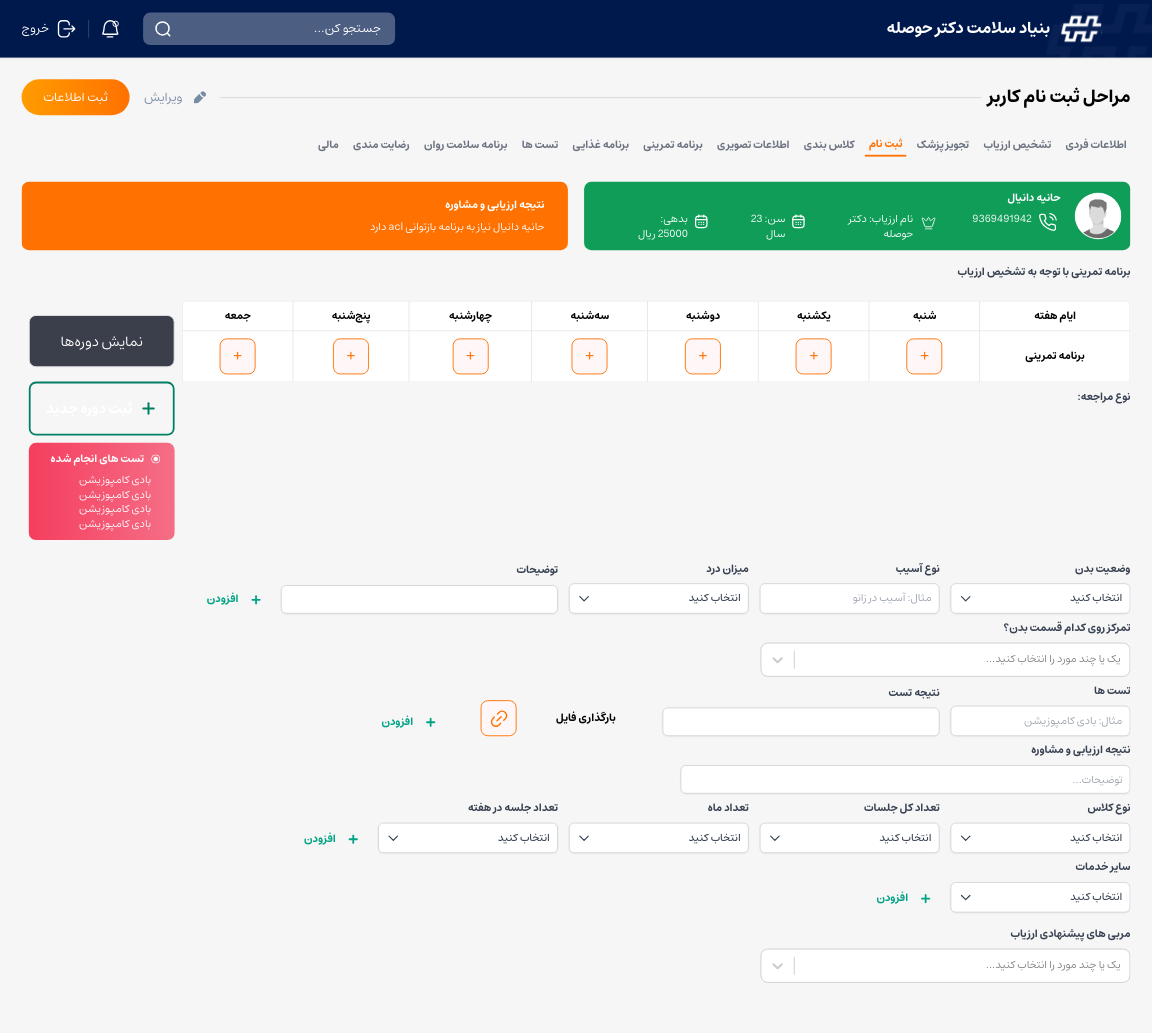
Repository: mirnajafi/ERP_hoseleh_V1.0
Page: /register, after clicking the first element matching `div.flex > :nth-child(4)`
The author's editor kept a copy of each file at every save. The page is drawn from the files as they stood at one save, then again after a run of saves.
The browser window is 1280 px wide. The pictures show the whole page, at 90% of full size.
Some web fonts or font styles are not loaded; a fallback is used. The project was rebuilt for these pictures with package versions that can differ from the ones it lists, and the page was loaded fresh each time. The framework's server and built-in components were replaced by stand-ins that run in the browser. Also part of the build but not shown: next.config.mjs, src/components/icons/trash.tsx, src/components/weekTable/weekTable.css, src/components/icons/copy.tsx, src/components/recognitionEvaluator/recognitionEvaluator.tsx.

Above is the page before, as saved 2025-02-28 23:40:02.

### src/app/layout.tsx
/* eslint-disable @next/next/no-img-element */
import type { Metadata } from "next";
import Header from "@/components/layout/Header";
import "@/app/globals.css";


export const metadata: Metadata = {
  title: "دکتر حوصله",
  description: "بنیاد سلامت دکتر حوصله",
};

export default function RootLayout({ children }: { children: React.ReactNode }) {
  return (
    <html lang="fa" dir="rtl">
      <body className="bg-dashboard-bg min-h-screen">
        {/* Header includes SidebarToggle, so no need to add Sidebar separately */}
        <Header />
        {/* Main Content Area */}
        <main className="transition-all duration-300 mt-16 p-6">
          {children}
        </main>

      </body>
    </html>
  );
}

### src/app/globals.css
@tailwind base;
@tailwind components;
@tailwind utilities;

@font-face {
  font-family: 'Estedad';
  src: url('/fonts/Estedad-Regular.woff2') format('woff2');
  font-weight: normal;
  font-style: normal;
  font-display: swap;
}

@font-face {
  font-family: 'Estedad';
  src: url('/fonts/Estedad-Bold.woff2') format('woff2');
  font-weight: bold;
  font-style: normal;
  font-display: swap;
}

@font-face {
  font-family: 'Estedad';
  src: url('/fonts/Estedad-Medium.woff2') format('woff2');
  font-weight: 500;
  font-style: normal;
  font-display: swap;
}

@font-face {
  font-family: 'Estedad';
  src: url('/fonts/Light.woff2') format('woff2');
  font-weight: 400;
  font-style: normal;
  font-display: swap;
}

@layer base {
  html {
    font-family: 'Estedad'
  }
}

### src/components/formTab/formTab.tsx
import { useState } from "react";

interface Tab {
  label: string;
  content: React.ReactNode;
}

interface TabsProps {
  tabs: Tab[];
  defaultIndex?: number;
}

const Tabs: React.FC<TabsProps> = ({ tabs, defaultIndex = 0 }) => {
  const [activeIndex, setActiveIndex] = useState(defaultIndex);

  return (
    <div className="w-full overflow-hidden">
      <div className="flex py-3 overflow-x-auto whitespace-nowrap">
        {tabs.map((tab, index) => (
          <button
            key={index}
            className={`ml-2 p-1 text-nowrap text-xs font-bold text-sm focus:outline-none ${activeIndex === index
                ? "border-b-2 border-[#FF7101] text-[#FF7101]"
                : "text-gray-500 hover:text-[#FF7101]"
              }`}
            onClick={() => setActiveIndex(index)}
          >
            {tab.label}
          </button>
        ))}
      </div>

      <div className="py-4">{tabs[activeIndex].content}</div>
    </div>
  );
};

export default Tabs;

### src/components/registration/registration.tsx
import Select from "react-select/base";
import TrashIcon from "../icons/trash";
import WeekTable from "../weekTable/weekTable";
import TransparentBtn from "../transparentBtn/transparentBtn";
import Dropdown from "../dropdown/dropdown";
import InputDescription from "../inputDescription/inputDescription";
import FileUploader from "../fileUploader/fileUploader";
import Input from "../input/input";
import InformationUserBox from "../informationUserBox/informationUserBox";
import { useState } from "react";
import CopyIcon from "../icons/copy";
import ResultBox from "../resultBox/resultBox";
import PlusIcon from "../icons/plus";
import LeftSideBox from "../leftSideBox/leftSideBox";

const Registration = () => {

    const [selectedOptions, setSelectedOptions] = useState([]);


    const handleSelect = (option: string) => {
        console.log("انتخاب شده:", option);
    };
    const handleFileUpload = (files: File[]) => {
        console.log("فایل‌های آپلود شده:", files);
    };


    const [selectedDay, setSelectedDay] = useState<string>("");

    const handleDaySelect = (day: string) => {
        setSelectedDay(day);
    };

    return (
        <div>
            <div className="w-full flex flex-row">
                <InformationUserBox name="حانیه دانیال" age="23" phoneNumber={'9369491942'} evaluator="دکتر حوصله" debt="25000" imageSrc="/images/defaultUser.png" className="w-1/2 lg:ml-2" />
                <ResultBox resultText={"حانیه دانیال نیاز به برنامه بازتوانی acl دارد"} className="w-1/2 lg:mr-2" />
            </div>



            <div className="flex flex-row  my-4 items-center">
                <label className="mb-2 text-xs font-bold text-gray-700 ml-2">برنامه تمرینی با توجه به تشخیص ارزیاب</label>

            </div>

            <div className="w-full flex flex-row">

                <div className="w-full flex flex-col">
                    <WeekTable
                        apiUrl="https://api.majidvalizadeh.com/jalali/next7"
                        selectedDay={selectedDay}
                        onDaySelect={handleDaySelect}
                    />
                    <div className="flex flex-row">
                        <label className="my-2 text-xs font-bold text-gray-700">نوع مراجعه:</label>

                    </div>
                </div>

                <div className="w-1/6 p-2 flex flex-col">
                    <button className="bg-[#3B3E4B] text-white p-4 w-full border rounded-[8px] my-2">نمایش دوره‌ها</button>
                    <button className="bg-transparent text-[#007F63] text-white p-4 w-full border-2 border-[#007F63] rounded-[8px] flex items-center justify-center font-bold my-2"><PlusIcon width={20} height={20} /> ثبت دوره جدید</button>
                    <LeftSideBox title={"تست های انجام شده"} test1={"بادی کامپوزیشن"} />
                </div>
            </div>

            <div className="w-full xl:py-2 my-0  flex flex-col xl:flex-row xl:justify-start xl:items-end">

                <Dropdown
                    label="وضعیت بدن"
                    options={["ندارد", "دچار آسیب"]}
                    onSelect={handleSelect}
                />
                <Input
                    label="نوع آسیب"
                    type="text"
                    value={''}
                    onChange={() => { }}
                    placeholder="مثال: آسیب در زانو "
                />
                <Dropdown
                    label="میزان درد"
                    options={["1", "2"]}
                    onSelect={handleSelect}
                />
                <InputDescription
                    label="توضیحات"
                    value={''}
                    placeholder=""
                    className="xl:w-1/4 max-w-[500px]"
                />
                <TransparentBtn label='افزودن' />

            </div>
            <div className="flex flex-col  w-ful xl:w-1/3">
                <label className="mb-2 text-xs font-bold text-gray-700">تمرکز روی کدام قسمت بدن؟</label>
                <Select
                    isMulti
                    options={[
                        { value: "apple", label: "سیب" },
                        { value: "banana", label: "موز" },
                        { value: "orange", label: "پرتقال" },
                        { value: "grape", label: "انگور" },
                        { value: "watermelon", label: "هندوانه" },
                    ]}
                    value={selectedOptions}
                    onChange={setSelectedOptions}
                    placeholder="یک یا چند مورد را انتخاب کنید..."
                    noOptionsMessage={() => "موردی یافت نشد"}
                    isClearable
                    isSearchable
                    className="text-xs "
                    styles={{
                        control: (base) => ({
                            ...base,
                            borderRadius: "8px",
                            borderColor: "#ccc",
                            boxShadow: "none",
                            "&:hover": { borderColor: "#888" },
                        }),
                    }}
                />
            </div>
            <div className="flex flex-col xl:flex-row w-full xl:items-end xl:justify-right ">
                <Input
                    label="تست ها"
                    type="text"
                    value={''}
                    onChange={() => { }}
                    placeholder="مثال: بادی کامپوزیشن "
                />
                <InputDescription
                    label="نتیجه تست"
                    value={''}
                    placeholder=""
                    className="xl:w-1/4 max-w-[500px]"
                />

                <FileUploader onFileUpload={handleFileUpload} accept="image/*" multiple />
                <TransparentBtn label='افزودن' />
            </div>
            <div className="flex flex-col xl:flex-row w-full xl:items-end xl:justify-right ">

                <InputDescription
                    label="نتیجه ارزیابی و مشاوره"
                    value={''}
                    placeholder="توضیحات..."
                    className="xl:w-1/2 max-w-[500px]"
                    height="h-24"
                />

            </div>

            <div className="flex flex-col xl:flex-row w-full xl:items-end xl:justify-right ">
                <Dropdown
                    label="نوع کلاس"
                    options={["گزینه 1", "گزینه 2", "گزینه 3"]}
                    onSelect={handleSelect}
                />
                <Dropdown
                    label="تعداد کل جلسات"
                    options={["گزینه 1", "گزینه 2", "گزینه 3"]}
                    onSelect={handleSelect}
                />
                <Dropdown
                    label="تعداد ماه"
                    options={["گزینه 1", "گزینه 2", "گزینه 3"]}
                    onSelect={handleSelect}
                />
                <Dropdown
                    label="تعداد جلسه در هفته"
                    options={["گزینه 1", "گزینه 2", "گزینه 3"]}
                    onSelect={handleSelect}
                />
                <TransparentBtn label='افزودن' />

            </div>
            <div className="flex flex-col xl:flex-row w-full xl:items-end xl:justify-right ">
                <Dropdown
                    label="سایر خدمات"
                    options={["گزینه 1", "گزینه 2", "گزینه 3"]}
                    onSelect={handleSelect}
                />
                <TransparentBtn label='افزودن' />

            </div>
            <div className="flex flex-col  w-ful xl:w-1/3 my-4">
                <label className="mb-2 text-xs font-bold text-gray-700">مربی های پیشنهادی ارزیاب</label>
                <Select
                    isMulti
                    options={[
                        { value: "apple", label: "سیب" },
                        { value: "banana", label: "موز" },
                        { value: "orange", label: "پرتقال" },
                        { value: "grape", label: "انگور" },
                        { value: "watermelon", label: "هندوانه" },
                    ]}
                    value={selectedOptions}
                    onChange={setSelectedOptions}
                    placeholder="یک یا چند مورد را انتخاب کنید..."
                    noOptionsMessage={() => "موردی یافت نشد"}
                    isClearable
                    isSearchable
                    className="text-xs "
                    styles={{
                        control: (base) => ({
                            ...base,
                            borderRadius: "8px",
                            borderColor: "#ccc",
                            boxShadow: "none",
                            "&:hover": { borderColor: "#888" },
                        }),
                    }}
                />
            </div>


        </div>
    )

}
export default Registration;

### src/components/SearchInput/SearchInput.tsx
/* eslint-disable @next/next/no-img-element */
"use client";

interface SearchInputProps {
  placeholder?: string;
  className?: string;
}

export default function SearchInput({ placeholder = "جستجو کن...", className = "" }: SearchInputProps) {
  return (
    <div className="relative w-[280px]">
      <input
        type="text"
        placeholder={placeholder}
        className={`w-full h-9 bg-white bg-opacity-30 rounded-lg px-4 text-white placeholder:text-white text-sm focus:outline-none ${className}`}
      />
      <img
        src="/icons/left-icon.svg"
        alt="search"
        className="absolute left-2 top-1/2 -translate-y-1/2 w-7 h-7 brightness-0 invert"
      />
    </div>
  );
}

### src/components/formHeader/formHeader.css
.customeGradient{
    background: linear-gradient(270deg, #FF7101 0%, #FF9C00 100%);
    color: white;
    border-radius: 50px;
    padding:  10px 24px;
}

### src/components/transparentBtn/transparentBtn.tsx
'use client'; // اضافه کردن این خط برای فعال کردن کامپوننت در Client-side

import React from "react";

interface BtnProps {
    label: string;
}

const TransparentBtn: React.FC<BtnProps> = ({ label }) => {

    return (
        <div className="w-250px text-[#01A384] h-full flex xl:items-center xl:justify-center">
            <button className="flex flex-row p-2  h-full flex items-center justify-center font-bold text-xs
">
                <svg width="15" height="15" viewBox="0 0 14 15" fill="none" xmlns="http://www.w3.org/2000/svg" className="ml-3">
                    <path d="M7 3.41666V11.5833" stroke="#01A384" stroke-width="2" stroke-linecap="round" stroke-linejoin="round" />
                    <path d="M2.91602 7.5H11.0827" stroke="#01A384" stroke-width="2" stroke-linecap="round" stroke-linejoin="round" />
                </svg>
                {label}
            </button>
        </div>
    );
};

export default TransparentBtn;

### src/components/inputDescription/inputDescription.tsx
'use client';  // اضافه کردن این خط برای فعال کردن کامپوننت در Client-side

import React from "react";

interface InputProps {
  label: string;
  value: string;
  placeholder?: string;
  required?: boolean;
  className?: string;
  height?:string;
}

const InputDescription: React.FC<InputProps> = ({
  label,
  value,
  placeholder,
  required = false,
  className = "",
  height
}) => {
  return (
    <div className={`w-full xl:w-1/2 ml-3 max-w-[500px] ${className}`}>
      <label className="block text-xs text-gray-700 mb-2 mt-4 xl:my-2 font-bold font-bold">{label}</label>

      <textarea
        value={value}
        placeholder={placeholder}
        required={required}
        className={`block w-full h-8 ${height} p-2 resize-none max-w-200 overflow-hidden text-xs border border-gray-300 rounded-md shadow-sm focus:outline-none focus:ring-2 focus:ring-indigo-500 focus:border-indigo-500`}
      />
    </div>
  );
};

export default InputDescription;

### src/components/resultBox/resultBox.tsx
'use client';

import React from "react";
import './resultBox.css';


interface ResultBoxProps {
    resultText: string;
    className?: string;
}

const ResultBox: React.FC<ResultBoxProps> = ({
    resultText,
    className
}) => {
    return (
        <div className={`w-full flex flex-col lg:flex-row containResultBox text-xs ${className}`}>
            <div className="flex flex-col mr-4">
                <div className="font-bold">نتیجه ارزیابی و مشاوره</div>
                <div className="flex flex-col justify-center items-start lg:flex-row mt-2">
                    <span className="ml-10 flex flex-row-reverse">{resultText}</span>
                </div>
            </div>
        </div>
    );
};

export default ResultBox;

### src/components/icons/plus.tsx
'use client';

import React from "react";

interface IconProps {
    width?: number;
    height?: number;
    color?: string;
}

const PlusIcon: React.FC<IconProps> = ({ width, height }) => {
    return (
        <svg width={width} height={height} viewBox="0 0 36 36" fill="none" className="ml-2" xmlns="http://www.w3.org/2000/svg">
        <path d="M18 7.5V28.5" stroke="#007F63" stroke-width="4" stroke-linecap="round" stroke-linejoin="round"/>
        <path d="M7.5 18H28.5" stroke="#007F63" stroke-width="4" stroke-linecap="round" stroke-linejoin="round"/>
        </svg>


    );
};

export default PlusIcon;

### src/components/icons/uploader.tsx
'use client';

import React from "react";

interface IconProps {
    width?: number;
    height?: number;
    color?: string;
}

const UploaderIcon: React.FC<IconProps> = ({ width, height }) => {
    return (<svg width={width} height={height} viewBox="0 0 24 24" fill="none" xmlns="http://www.w3.org/2000/svg">
        <path d="M14.1211 9.87866L9.87845 14.1213" stroke="#FF7101" stroke-width="1.5" stroke-linecap="round" />
        <path d="M10.334 7.00003L12.0006 5.33336C13.8416 3.49239 16.8264 3.49239 18.6673 5.33335V5.33335C20.5083 7.17431 20.5083 10.1591 18.6673 12.0001L17.0007 13.6667" stroke="#FF7101" stroke-width="1.5" stroke-linecap="round" />
        <path d="M13.666 17L11.9994 18.6666C10.1584 20.5076 7.17362 20.5076 5.33266 18.6666V18.6666C3.4917 16.8257 3.4917 13.8409 5.33266 11.9999L6.99934 10.3333" stroke="#FF7101" stroke-width="1.5" stroke-linecap="round" />
    </svg>
    );
};

export default UploaderIcon;

### src/components/informationUserBox/informationUserBox.css
.containInfoBox {
  background: #0f9d58;
  color: white;
  justify-content: right;
  align-items: center;
  padding: 10px;
  border-radius: 8px;
}
.imageUser {
  border-radius: 100%;
}

### src/components/resultBox/resultBox.css
.containResultBox {
  background: #FF7101;
  color: white;
  justify-content: right;
  align-items: center;
  padding: 10px;
  border-radius: 8px;
  margin-right: 10px;
}

### src/components/leftSideBox/leftSideBox.css
.containLeftSideBox {
  background: linear-gradient(270deg, #F56E86 0%, #F53E5E 100%);
  color: white;
  justify-content: right;
  align-items: center;
  padding: 10px;
  border-radius: 8px;
}
.special-margin{
  margin-right: -10px;
}

### src/components/icons/circle.tsx

'use client';

import React from "react";

interface IconProps {
    width?: number;
    height?: number;
    color?: string;
}

const CircleIcon: React.FC<IconProps> = ({ width = 21, height = 22 }) => {
    return (
        <svg width={width} height={height} viewBox="0 0 12 12" className="ml-2" fill="none" xmlns="http://www.w3.org/2000/svg">
            <rect width="12" height="12" rx="6" fill="white" />
            <rect x="2" y="2" width="8" height="8" rx="4" fill="white" />
            <rect x="2" y="2" width="8" height="8" rx="4" stroke="#F56B84" stroke-width="2" />
        </svg>

    );
};

export default CircleIcon;

### tailwind.config.ts
import type { Config } from "tailwindcss";

const config: Config = {
  content: [
    "./src/pages/**/*.{js,ts,jsx,tsx,mdx}",
    "./src/components/**/*.{js,ts,jsx,tsx,mdx}",
    "./src/containers/**/*.{js,ts,jsx,tsx,mdx}",
    "./src/app/**/*.{js,ts,jsx,tsx,mdx}",
  ],
  theme: {
    extend: {
      colors: {
        "deep-blue": "#1E3A8A",
        "green": "#8BC34A",
        "orange": "#F97316",
        "red": "#E02D40",
        "yellow": "#FBBF24",
        background: "var(--background)",
        foreground: "var(--foreground)",
        secondry: {
          blue: {
            900: "#00194D",
          },
        },
        primery: {
          600: "#FF7101"
        },
        dashboard: {
          bg: "#F6F6F6"
        }
      },
    },
  },
  plugins: [],
};
export default config;

### src/components/radioBtn/radioBtn.tsx
import React from "react";

interface RadioButtonProps {
  label: string;
  name: string;
  value: string;
  checked: boolean;
  onChange: (value: string) => void;
}

const RadioButton: React.FC<RadioButtonProps> = ({ label, name, value, checked, onChange }) => {
  return (
    <label className="flex items-center space-x-2 cursor-pointer">
      <input
        type="radio"
        name={name}
        value={value}
        checked={checked}
        onChange={() => onChange(value)}
        className="hidden"
      />
      <div
        className={`w-5 h-5 rounded-full border-2 ${
          checked ? "border-pink-500" : "border-gray-400"
        } flex items-center justify-center transition-all`}
      >
        {checked && <div className="w-2.5 h-2.5 bg-pink-500 rounded-full" />}
      </div>
      <span className="text-gray-700">{label}</span>
    </label>
  );
};

export default RadioButton;

Loaded but not shown: src/components/personalInfo/personalInfo.tsx (302 lines, source omitted); src/components/weekTable/weekTable.tsx (87 lines, source omitted); src/components/dropdown/dropdown.tsx (69 lines, source omitted); src/components/icons/evaluator.tsx (26 lines, source omitted); src/components/inputDate/inputDate.tsx (67 lines, source omitted); src/components/informationUserBox/informationUserBox.tsx (61 lines, source omitted); src/components/icons/calendar.tsx (35 lines, source omitted); src/components/icons/phoneNumber.tsx (20 lines, source omitted); src/components/formHeader/formHeader.tsx (32 lines, source omitted); src/components/fileUploader/fileUploader.tsx (54 lines, source omitted); src/components/layout/Header.tsx (44 lines, source omitted); src/app/register/page.tsx (48 lines, source omitted); src/components/leftSideBox/leftSideBox.tsx (35 lines, source omitted); src/components/input/input.tsx (40 lines, source omitted)

After the next 7 saves:
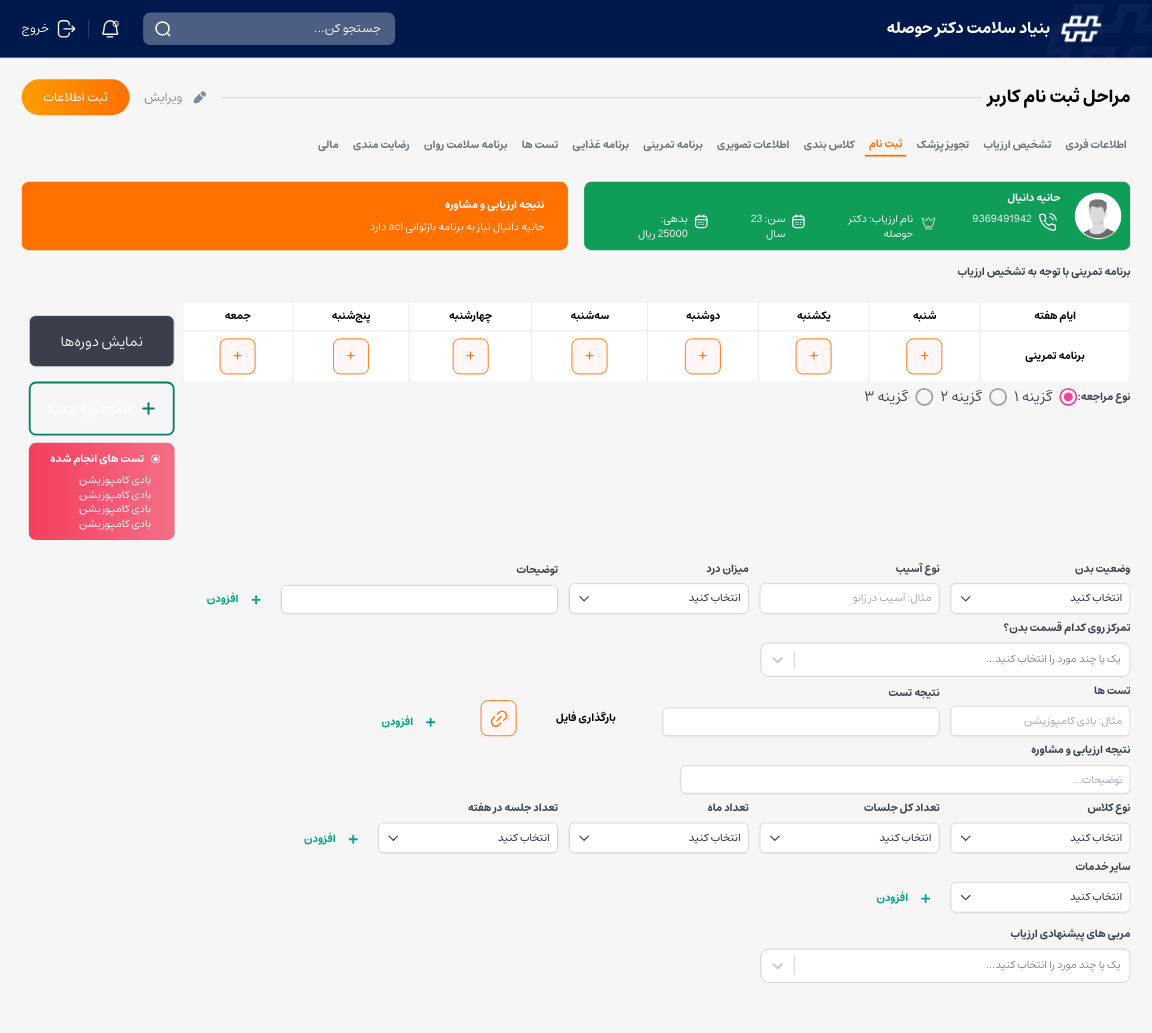
The 7 saves are shown as one change because 2 did not build or start and some came seconds apart.
The last was saved 55 s later.
--- a/src/components/registration/registration.tsx
+++ b/src/components/registration/registration.tsx
@@ -1,5 +1,4 @@
 import Select from "react-select/base";
-import TrashIcon from "../icons/trash";
 import WeekTable from "../weekTable/weekTable";
 import TransparentBtn from "../transparentBtn/transparentBtn";
 import Dropdown from "../dropdown/dropdown";
@@ -8,10 +7,10 @@ import FileUploader from "../fileUploader/fileUploader";
 import Input from "../input/input";
 import InformationUserBox from "../informationUserBox/informationUserBox";
 import { useState } from "react";
-import CopyIcon from "../icons/copy";
 import ResultBox from "../resultBox/resultBox";
 import PlusIcon from "../icons/plus";
 import LeftSideBox from "../leftSideBox/leftSideBox";
+import RadioButton from "../radioBtn/radioBtn";
 
 const Registration = () => {
 
@@ -24,6 +23,8 @@ const Registration = () => {
     const handleFileUpload = (files: File[]) => {
         console.log("فایل‌های آپلود شده:", files);
     };
+
+    const [selected, setSelected] = useState<string>("option1");
 
 
     const [selectedDay, setSelectedDay] = useState<string>("");
@@ -56,7 +57,27 @@ const Registration = () => {
                     />
                     <div className="flex flex-row">
                         <label className="my-2 text-xs font-bold text-gray-700">نوع مراجعه:</label>
-
+                        <RadioButton
+                            label="گزینه ۱"
+                            name="options"
+                            value="option1"
+                            checked={selected === "option1"}
+                            onChange={setSelected}
+                        />
+                        <RadioButton
+                            label="گزینه ۲"
+                            name="options"
+                            value="option2"
+                            checked={selected === "option2"}
+                            onChange={setSelected}
+                        />
+                        <RadioButton
+                            label="گزینه ۳"
+                            name="options"
+                            value="option3"
+                            checked={selected === "option3"}
+                            onChange={setSelected}
+                        />
                     </div>
                 </div>
 
